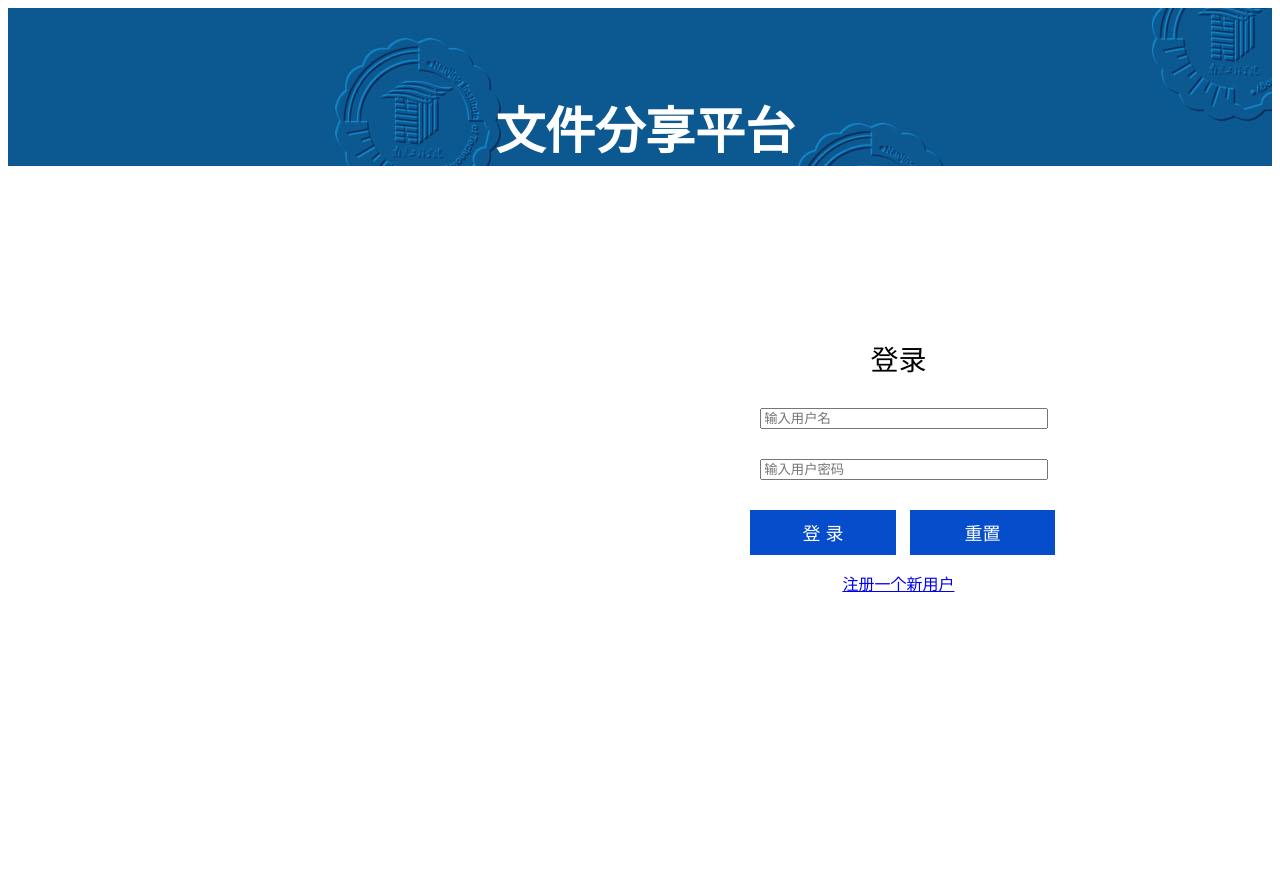
Repository: shunchensaber/Javaweb
Page: http://localhost/Web/MyHomePage.jsp
An editor plug-in stored every save of this project. The page is shown before and after the next save, followed by the edit.
The browser window is 1280 px wide. The pictures show the whole page.
The page is served by Tomcat 9.

Above is the page before, as saved 2019-04-01 08:28:53.

### Web/WebContent/MyHomePage.jsp
<%@ page language="java" contentType="text/html; charset=UTF-8"
    pageEncoding="UTF-8"%>
<!DOCTYPE html>
<html>
<head>
<style type="text/css">
@import url("Myhomepage.css");
@import url("./css/login.css");


</style>
<script type="text/javascript">
		function check() {
			var id = document.getElementsByTagName("input")[0];
			var pass = document.getElementsByTagName("input")[1];
			if(id==null)
				alert("请输入用户名");
			else if(pass==null)
				alert("请输入密码");
		}
	</script>
<meta charset="UTF-8">
<title>文件分享平台</title>
</head>
<body>



<table style="background-image: url('image/header_bg.jpg');width: 100%">
<tr>
<th><!--  <img src="./image/logo.png" style="padding-left: 150px">--></th>
	<th >
	<p class="a" style="padding-top: 30px;padding-bottom: 0px;margin-bottom: 0px">
	<font face="华文云彩">文件分享平台</font>
	</th>
	</table>

<div class="wrap" id="wrap">
	<div class="logGet">
			<!-- 头部提示信息 -->

				<p style="text-align: center;font-size: 28px;">登录</p>

			<!-- 输入框 -->
			<div class="lgD">

				<input type="text"
					placeholder="输入用户名" style = "width: 280px;margin-left: 20px " />
			</div>
			<div class="lgD">

				<input type="text"
					placeholder="输入用户密码" style = "width: 280px;margin-left: 20px;"/>
			</div>
			<div class="logC">
				<a href="index.html" target="_self"><button onclick="check()">登 录</button></a>
				<a href="" ><button type="reset">重置</button></a>
			</div>
			<a href="http://localhost:8080/Web/Register.jsp?userid=1&userpass=&sex=male&birthdate=" ><p style="text-align: center;">注册一个新用户</p></a>


		</div>
</div>





</body>
</html>

### Web/WebContent/Myhomepage.css
@charset "UTF-8";
#wrap {

	height: 719px;
	width: 100;
	position: relative;
}

#wrap .logGet {
	height: 408px;
	width: 368px;
	position: absolute;
	background-color: #FFFFFF;
	top: 20%;
	right: 15%;
}
.logC a button {
	width: 46%;
	height: 45px;
	margin-left:10px;
	background-color:#054dca;
	border: none;
	color: white;
	font-size: 18px;
}
#p1 {

	font-size: 28px;
	margin-top: 30px;
	width: 86%;
}
#wrap .logGet .logD.logDtip {
	width: 86%;
	border-bottom: 1px solid #ee7700;
	margin-bottom: 60px;
	margin-top: 0px;
	margin-right: auto;
	margin-left: auto;
}
.logGet .lgD img {
	position: absolute;
	top: 12px;
	left: 8px;
}
.logGet .lgD input {

}
#wrap .logGet .lgD {
	width: 86%;
	position: relative;
	margin-bottom: 30px;
	margin-top: 30px;
	margin-right: auto;
	margin-left: auto;
}
#wrap .logGet .logC {
	width: 86%;
	margin-top: 0px;
	margin-right: auto;
	margin-bottom: 0px;
	margin-left: auto;
}
#header
{

	background-image: url("image/header_bg.jpg");
	 min-width:1200px;
     margin:0 auto;



}
p.a
{
	font-size: 50px;
	color: white;
	font-family: fantasy;
}
#cont
{
	position: absolute;
	top:20px;
	right:1000px;
	background-image: url(image/bg.jpg);
}

### Web/WebContent/css/login.css
@charset "UTF-8";
#wrap {

	height: 719px;
	width: 100;
	position: relative;
}

#wrap .logGet {
	height: 408px;
	width: 368px;
	position: absolute;
	background-color: #FFFFFF;
	top: 20%;
	right: 15%;
}
.logC a button {
	width: 46%;
	height: 45px;
	margin-left:10px;
	background-color:#054dca;
	border: none;
	color: white;
	font-size: 18px;
}
#p1 {

	font-size: 28px;
	margin-top: 30px;
	width: 86%;
}
#wrap .logGet .logD.logDtip {
	width: 86%;
	border-bottom: 1px solid #ee7700;
	margin-bottom: 60px;
	margin-top: 0px;
	margin-right: auto;
	margin-left: auto;
}
.logGet .lgD img {
	position: absolute;
	top: 12px;
	left: 8px;
}
.logGet .lgD input {

}
#wrap .logGet .lgD {
	width: 86%;
	position: relative;
	margin-bottom: 30px;
	margin-top: 30px;
	margin-right: auto;
	margin-left: auto;
}
#wrap .logGet .logC {
	width: 86%;
	margin-top: 0px;
	margin-right: auto;
	margin-bottom: 0px;
	margin-left: auto;
}

After the next save:
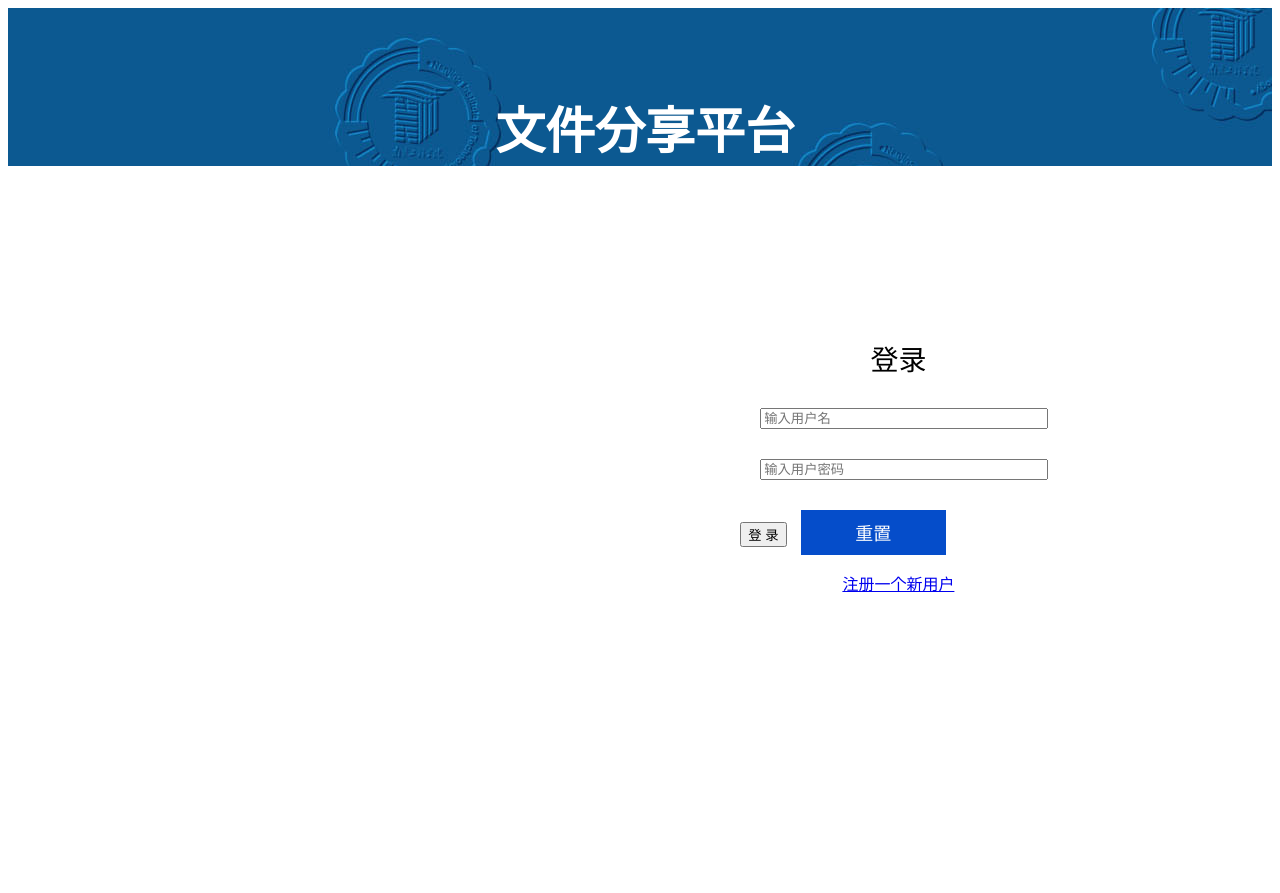
Saved 112 s later.
--- a/Web/WebContent/MyHomePage.jsp
+++ b/Web/WebContent/MyHomePage.jsp
@@ -41,6 +41,7 @@
 
 				<p style="text-align: center;font-size: 28px;">登录</p>
 
+			<form action="">
 			<!-- 输入框 -->
 			<div class="lgD">
 
@@ -53,9 +54,10 @@
 					placeholder="输入用户密码" style = "width: 280px;margin-left: 20px;"/>
 			</div>
 			<div class="logC">
-				<a href="index.html" target="_self"><button onclick="check()">登 录</button></a>
+				<button onclick="check()">登 录</button>
 				<a href="" ><button type="reset">重置</button></a>
 			</div>
+			</form>
 			<a href="http://localhost:8080/Web/Register.jsp?userid=1&userpass=&sex=male&birthdate=" ><p style="text-align: center;">注册一个新用户</p></a>
 
 
